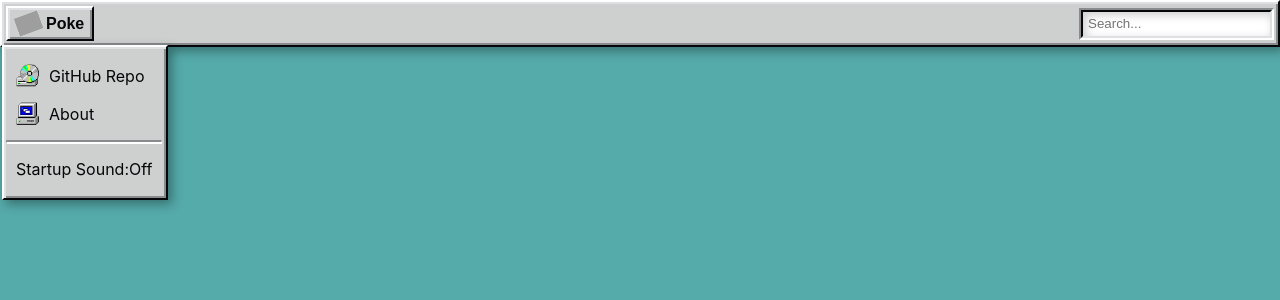
Repository: VolodymyrDubnytskyi/Pokemons
Page: /
These files come from the project's save history. The page is drawn as it stood at one moment and after the next save; the edit follows.
The browser window is 1280 px wide. The pictures show the whole page.
Pictures or frames that could not be fetched are drawn as grey boxes. The page's requests for data from a server got no answer. The project was rebuilt for these pictures with package versions that can differ from the ones it lists, and the page was loaded fresh each time. No one was signed in, and anything a server would have sent is missing. Also part of the build but not shown: src/Components/PopUpComponents/BasicInfo.js, src/Components/PopUpComponents/Stats.js, src/Components/PopUpComponents/Abilities.js, src/Components/PopUp.js.

Above is the page before, as saved 2020-06-11 15:13:02.

After the next save:
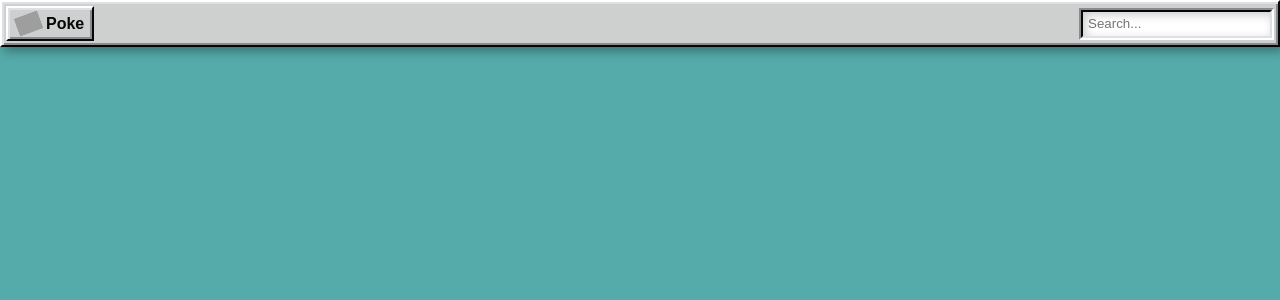
Saved 23 s later.
--- a/src/Components/Header.js
+++ b/src/Components/Header.js
@@ -28,7 +28,7 @@ class Header extends Component {
                             className={'windows-logo'} />
                         Poke
                     </button>
-                    <Menu/>
+                    {this.state.activeMenu && <Menu/>}
                     <div className={'input-container'}>
                         <input
                             className={'search-input'}
